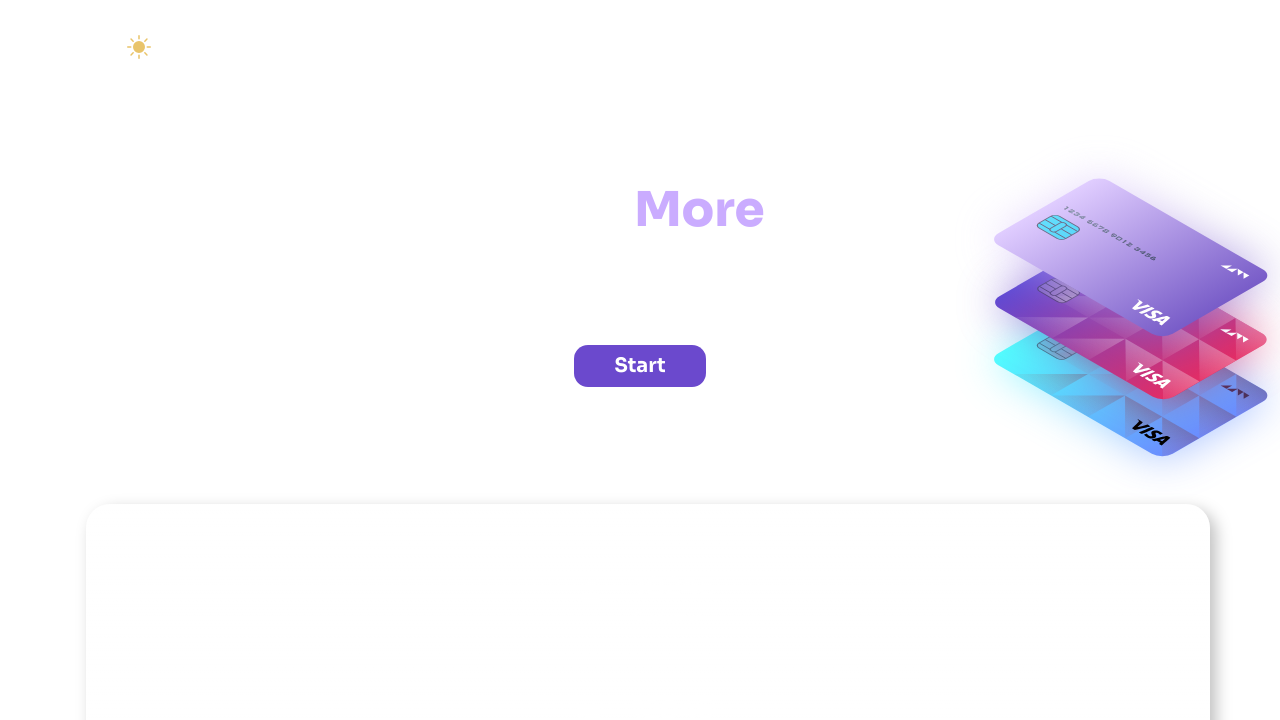
Repository: NBlue/react-tailwind
Page: /
The author's editor kept a copy of each file at every save. The page is drawn from the files as they stood at one save, then again after the next save.
The browser window is 1280 px wide. The pictures show the whole page.
An inner scrolling area shows only its first screen. The project was rebuilt for these pictures with package versions that can differ from the ones it lists, and the page was loaded fresh each time. Also part of the build but not shown: src/App.css.

Above is the page before, as saved 2022-03-29 15:07:38.

After the next save:
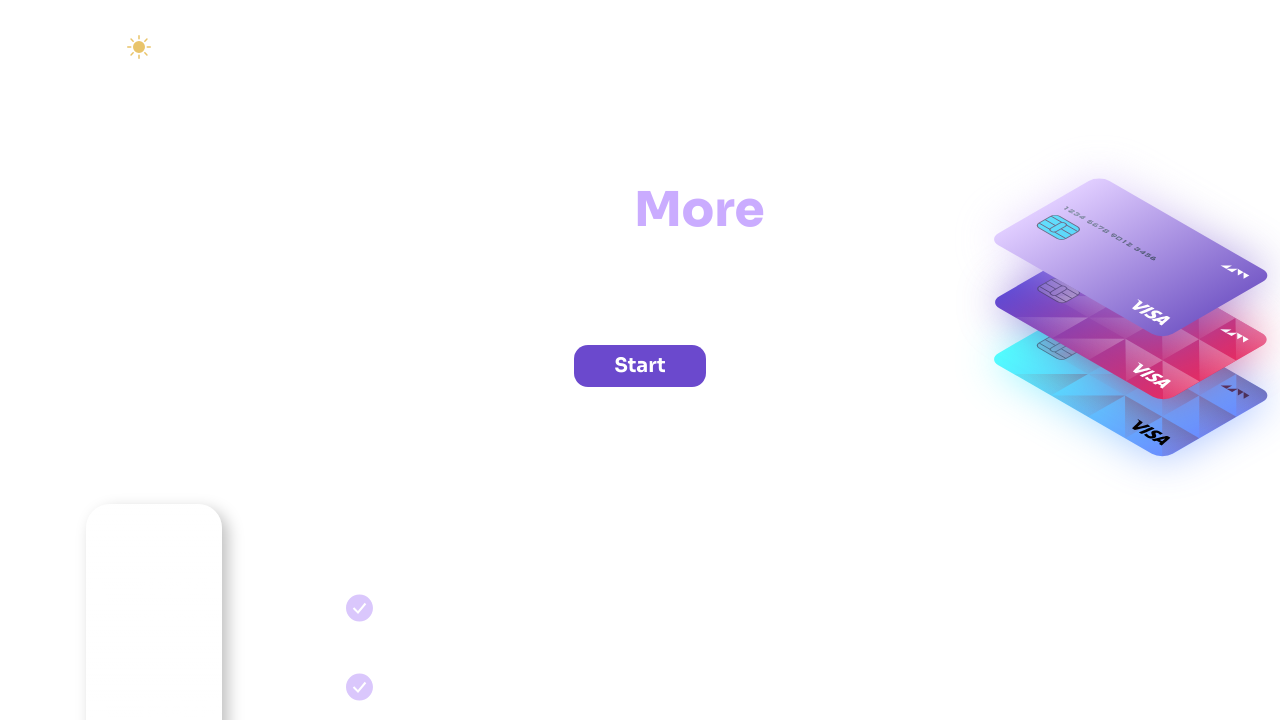
Saved 98 s later.
--- a/src/component/Content/Content.jsx
+++ b/src/component/Content/Content.jsx
@@ -11,7 +11,7 @@
     const card = useSpring({ cards: 12045, from: { cards: 0 } });
 
     return (
-        <section className="">
+        <section className="md:flex md:flex-row">
             <div className="ml-[70px] mr-[54px] font-bold  flex flex-col items-center bg-gradient-to-b shadow-md from-white/40 to transparent rounded-[24px] text-white">
                 <div className="mt-16 gap-8 flex items-start">
                     <FaUser size={"22px"} className="mt-3" />
